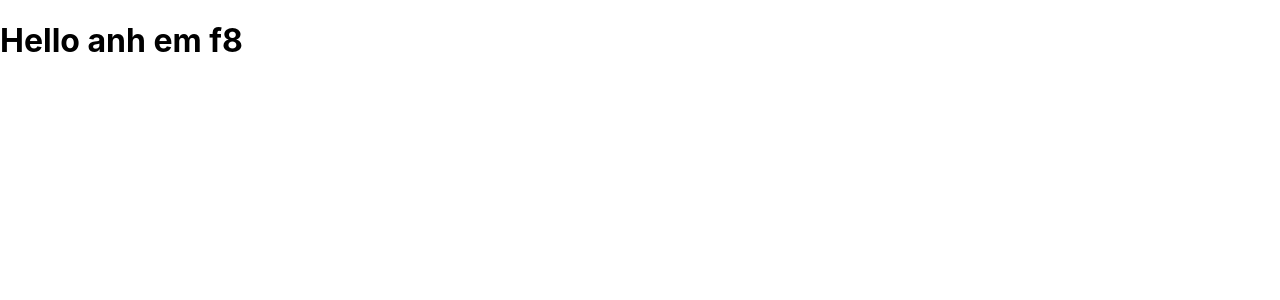
Repository: manhhieu120499/BadmintonShop
Page: /
The author's editor kept a copy of each file at every save. The page is drawn from the files as they stood at one save, then again after the next save.
The browser window is 1280 px wide. The pictures show the whole page.
The project was rebuilt for these pictures with package versions that can differ from the ones it lists, and the page was loaded fresh each time.

Above is the page before, as saved 2024-08-18 16:22:42.

After the next save:
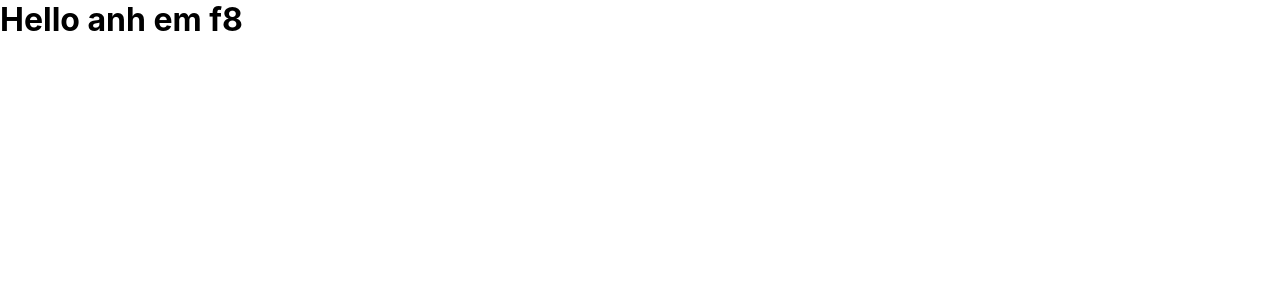
Saved 70 s later.
--- a/src/App.js
+++ b/src/App.js
@@ -1,3 +1,5 @@
+import 'App.css';
+
 function App() {
 	return (
 		<div className="App">
